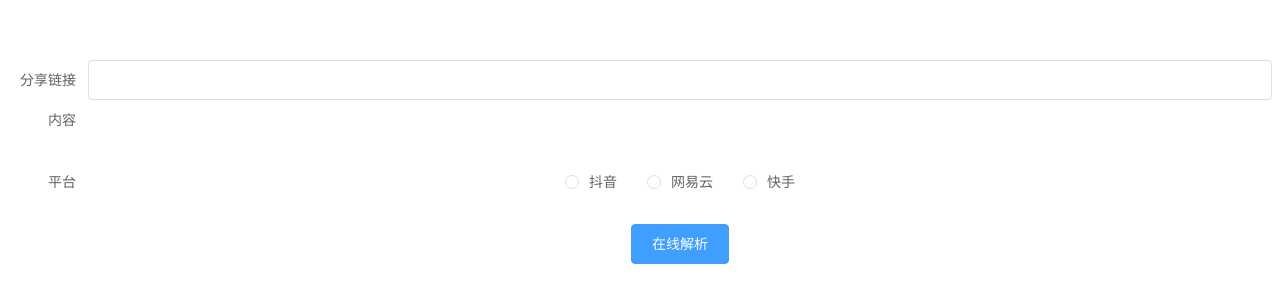
Repository: lyln/freepd
Page: / (app in frontend/freepd/)
These files come from the project's save history. The page is drawn as it stood at one moment and after the next save; the edit follows.
The browser window is 1280 px wide. The pictures show the whole page.
The project was rebuilt for these pictures with package versions that can differ from the ones it lists, and the page was loaded fresh each time.

Above is the page before, as saved 2022-05-22 16:41:50.

### frontend/freepd/index.html
<!DOCTYPE html>
<html>
  <head>
    <meta charset="utf-8">
    <meta name="viewport" content="width=device-width,initial-scale=1.0">
    <title>freepd</title>
  </head>
  <body>
    <div id="app"></div>
    <!-- built files will be auto injected -->
  </body>
</html>

### frontend/freepd/src/main.js
// The Vue build version to load with the `import` command
// (runtime-only or standalone) has been set in webpack.base.conf with an alias.
import Vue from 'vue'
import App from './App'
import router from './router'
import ElementUI from 'element-ui';
import 'element-ui/lib/theme-chalk/index.css';

Vue.config.productionTip = false
Vue.use(ElementUI)

/* eslint-disable no-new */
new Vue({
  el: '#app',
  router,
  components: { App },
  template: '<App/>'
})

### frontend/freepd/src/App.vue
<template>
	<div id="app">
		<router-view />
	</div>
</template>

<script>
export default {
	name: 'App',
}
</script>

<style>
#app {
	font-family: 'Avenir', Helvetica, Arial, sans-serif;
	-webkit-font-smoothing: antialiased;
	-moz-osx-font-smoothing: grayscale;
	text-align: center;
	color: #2c3e50;
	margin-top: 60px;
}
</style>

### frontend/freepd/src/components/HelloWorld.vue
<template>
	<el-row>
		<el-col :span="24">
			<div class="grid-content bg-purple-dark"></div>

			<el-form ref="form" :model="form" label-width="80px">
				<el-form-item label="分享链接内容">
					<el-input v-model="form.url"></el-input>
				</el-form-item>
				<el-form-item label="平台">
					<el-radio-group v-model="form.type">
						<el-radio label="抖音"></el-radio>
						<el-radio label="网易云"></el-radio>
						<el-radio label="快手"></el-radio>
					</el-radio-group>
				</el-form-item>
				<el-form-item>
					<el-button type="primary" @click="onSubmit">在线解析</el-button>
				</el-form-item>
			</el-form>

		</el-col>
	</el-row>

</template>
<script>
export default {
	name: 'HelloWorld',
	data() {
		return {
			msg: 'free parse download',
			form: {
				url: '',
				type: [],
			},
		}
	},
	methods: {
		onSubmit() {
			console.log('submit!')
		},
	},
}
</script>

<!-- Add "scoped" attribute to limit CSS to this component only -->
<style scoped>
h1,
h2 {
	font-weight: normal;
}
ul {
	list-style-type: none;
	padding: 0;
}
li {
	display: inline-block;
	margin: 0 10px;
}
a {
	color: #42b983;
}
</style>

Loaded but not shown: frontend/freepd/src/router/index.js (common file)

After the next save:
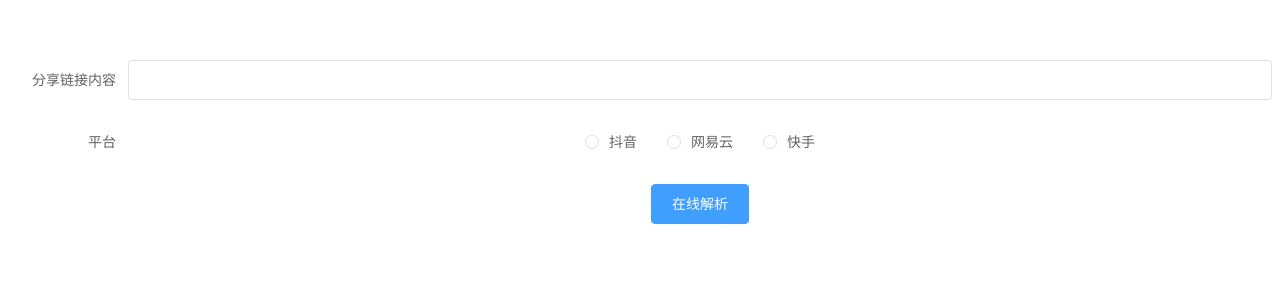
Saved 13 s later.
--- a/frontend/freepd/src/components/HelloWorld.vue
+++ b/frontend/freepd/src/components/HelloWorld.vue
@@ -3,7 +3,7 @@
 		<el-col :span="24">
 			<div class="grid-content bg-purple-dark"></div>
 
-			<el-form ref="form" :model="form" label-width="80px">
+			<el-form ref="form" :model="form" label-width="120px">
 				<el-form-item label="分享链接内容">
 					<el-input v-model="form.url"></el-input>
 				</el-form-item>
